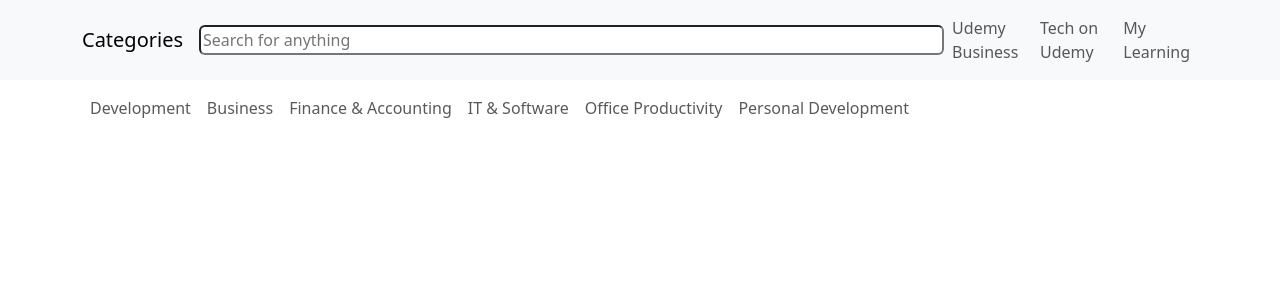
Repository: Taniafdes/newProject
Page: /home/navbar
An editor plug-in stored every save of this project. The page is shown before and after the next save, followed by the edit.
The browser window is 1280 px wide. The pictures show the whole page.
The project was rebuilt for these pictures with package versions that can differ from the ones it lists, and the page was loaded fresh each time. The framework's server and built-in components were replaced by stand-ins that run in the browser. Also part of the build but not shown: next.config.js.

Above is the page before, as saved 2023-06-15 14:05:00.

After the next save:
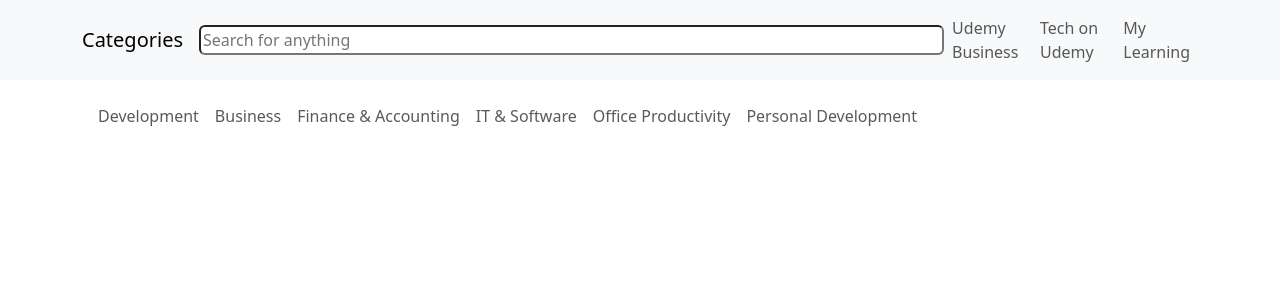
Saved 4 s later.
--- a/pages/home/navbar.js
+++ b/pages/home/navbar.js
@@ -26,7 +26,7 @@
     </Navbar>
     <Navbar>
       <Container>
-      <Nav className="me-auto">
+      <Nav className="me-auto p-2">
             <Nav.Link href="#home">Development</Nav.Link>
             <Nav.Link href="#link">Business</Nav.Link>
             <Nav.Link href="#link">Finance & Accounting</Nav.Link>

After the save that followed:
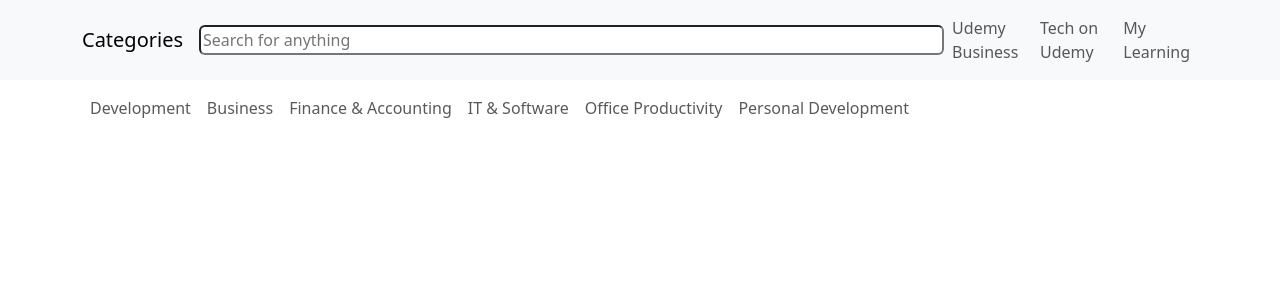
Saved 6 s later.
--- a/pages/home/navbar.js
+++ b/pages/home/navbar.js
@@ -26,7 +26,7 @@
     </Navbar>
     <Navbar>
       <Container>
-      <Nav className="me-auto p-2">
+      <Nav className="me-auto">
             <Nav.Link href="#home">Development</Nav.Link>
             <Nav.Link href="#link">Business</Nav.Link>
             <Nav.Link href="#link">Finance & Accounting</Nav.Link>
